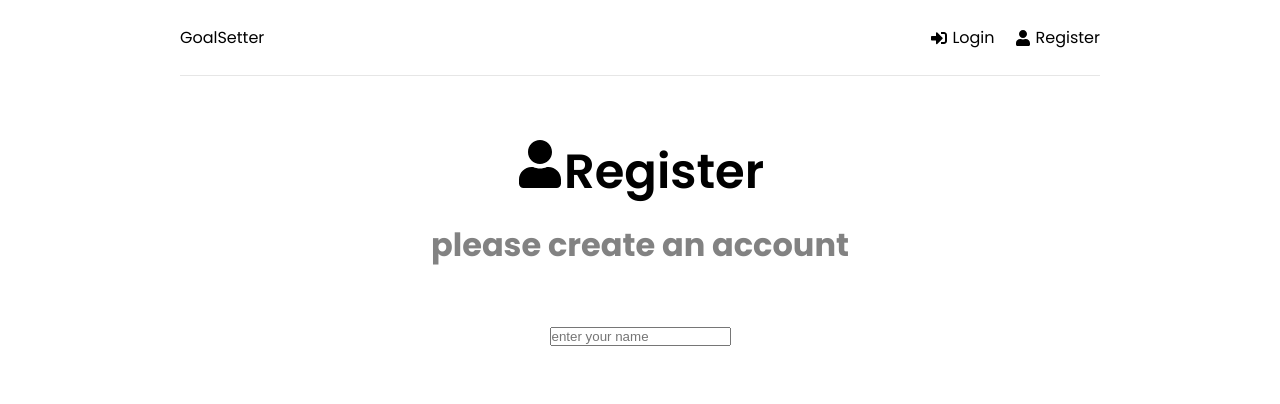
Repository: Shanshan67/React_Node_mongodb
Page: /register (app in frontend/)
These files come from the project's save history. The page is drawn as it stood at one moment and after the next save; the edit follows.
The browser window is 1280 px wide. The pictures show the whole page.
The project was rebuilt for these pictures with package versions that can differ from the ones it lists, and the page was loaded fresh each time. Also part of the build but not shown: frontend/src/pages/Dashboard.jsx, frontend/src/pages/Login.jsx.

Above is the page before, as saved 2023-01-25 22:23:26.

### frontend/src/App.js
import {BrowserRouter as Router, Routes, Route} from 'react-router-dom'
import Header from './components/Header';
import Dashboard from './pages/Dashboard';
import Login from './pages/Login';
import Register from './pages/Register';

function App() {
  return (
    <>
      <Router>
        <div className='container'>
          <Header/>
          <Routes>
            <Route path='/' element={<Dashboard/>}/>
            <Route path='login' element={<Login/>}/>
            <Route path='/register' element={<Register/>}/>
          </Routes>
        </div>
      </Router>
    </>
  );
}

export default App;

### frontend/src/components/Header.jsx
import {FaSignInAlt, FaSignOutAlt, FaUser} from 'react-icons/fa'
import {Link} from 'react-router-dom'

function Header() {
    return (
        <header className='header'>
            <div className="logo">
                <Link to='/'>GoalSetter</Link>
            </div>
            <ul>
                <li>
                    <Link to='/login'>
                        <FaSignInAlt />Login
                    </Link>
                </li>
                <li>
                    <Link to='/register'>
                        <FaUser />Register
                    </Link>
                </li>
            </ul>
        </header>
    )
}

export default Header

### frontend/src/pages/Register.jsx
import {useState, useEffect} from 'react'
import {FaUser} from 'react-icons/fa'

function Register() {
  const [formData, setFormData] = useState({
    name:'',
    email:'',
    password:'',
    password2:'',
  })
  const {name,email,password,password2} = formData

  const onChange = () => {

  }

  return (
    <div>
      <section className="heading">
        <h1>
          <FaUser/>Register
        </h1>
        <p>please create an account</p>
      </section>
      <section className='form'>
        <form>
          <input type="text"
          className='form-control'
          id='name'
          name='name'
          value={name}
          placeholder="enter your name"
          onChange={onChange} />
        </form>
      </section>
    </div>
  )
}

export default Register

Loaded but not shown: frontend/public/index.html (common file); frontend/src/index.js (common file); frontend/src/app/store.js (common file); frontend/src/reportWebVitals.js (common file); frontend/src/index.css (common file)

After the next save:
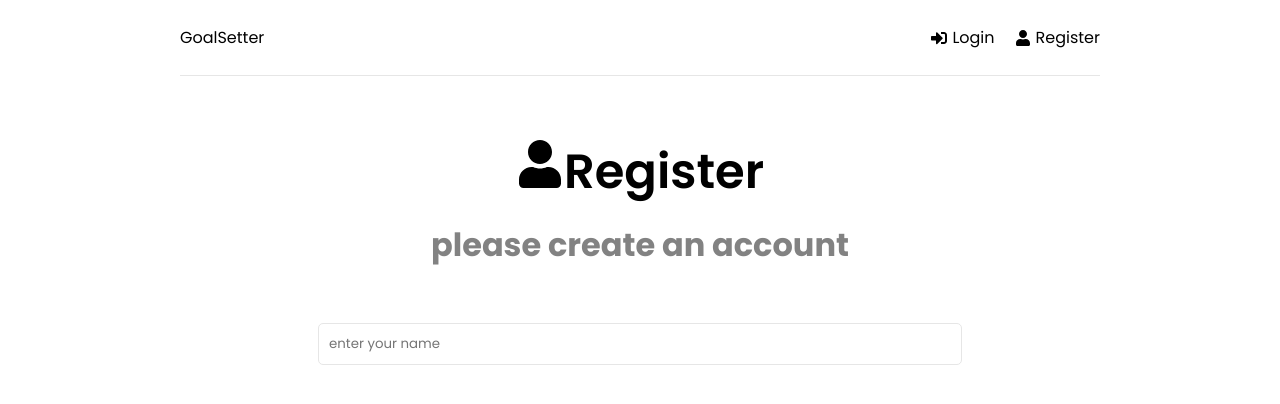
Saved 2 min 3 s later.
--- a/frontend/src/pages/Register.jsx
+++ b/frontend/src/pages/Register.jsx
@@ -24,13 +24,15 @@ function Register() {
       </section>
       <section className='form'>
         <form>
-          <input type="text"
-          className='form-control'
-          id='name'
-          name='name'
-          value={name}
-          placeholder="enter your name"
-          onChange={onChange} />
+          <div className="form-group">
+            <input type="text"
+            className='form-control'
+            id='name'
+            name='name'
+            value={name}
+            placeholder="enter your name"
+            onChange={onChange} />
+          </div>
         </form>
       </section>
     </div>
